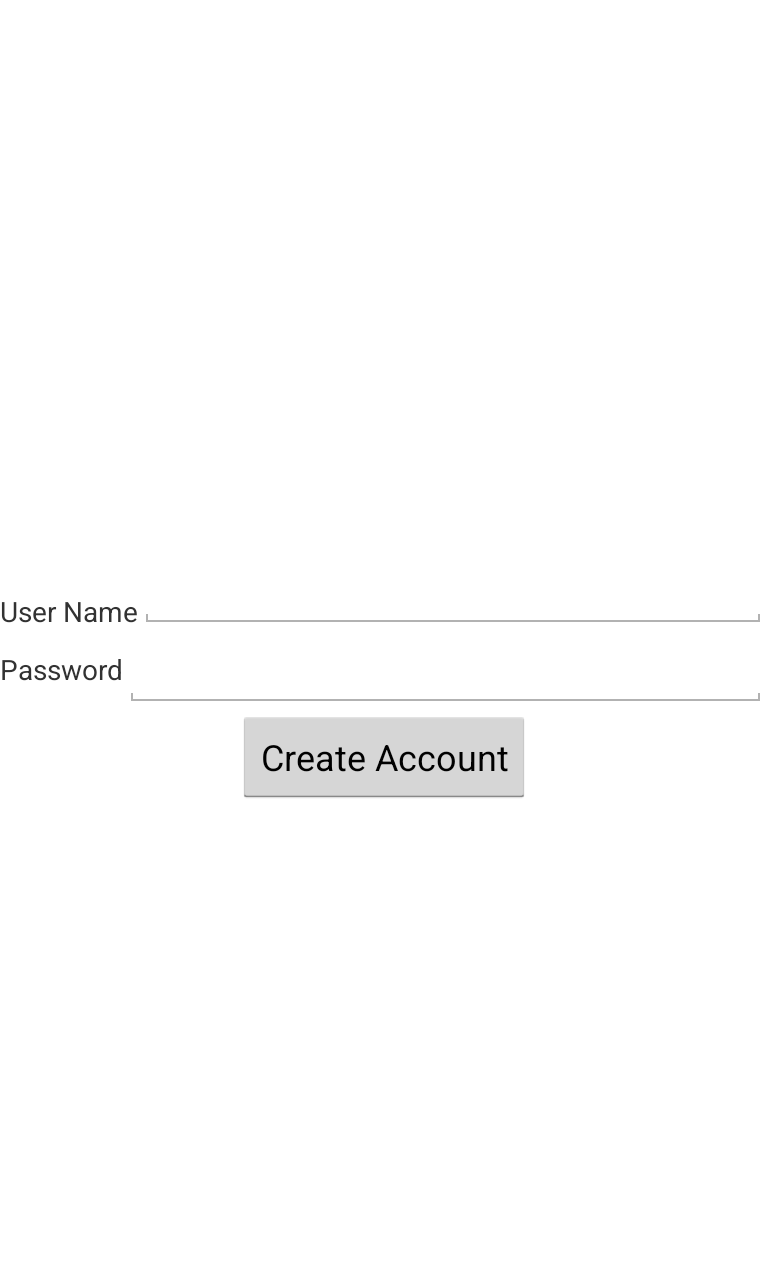
Repository: SaifJamilKhan/Meetup
Layout: MeetUp/res/layout/activity_create_account.xml
An editor plug-in stored every save of this project. The layout is shown before and after the next save, followed by the edit.
It is drawn on a 768 x 1280 px phone screen (xhdpi) without system bars, with theme AppTheme; the app's code is not run.

Above is the layout before, as saved 2014-03-05 02:56:44.

After the next save:
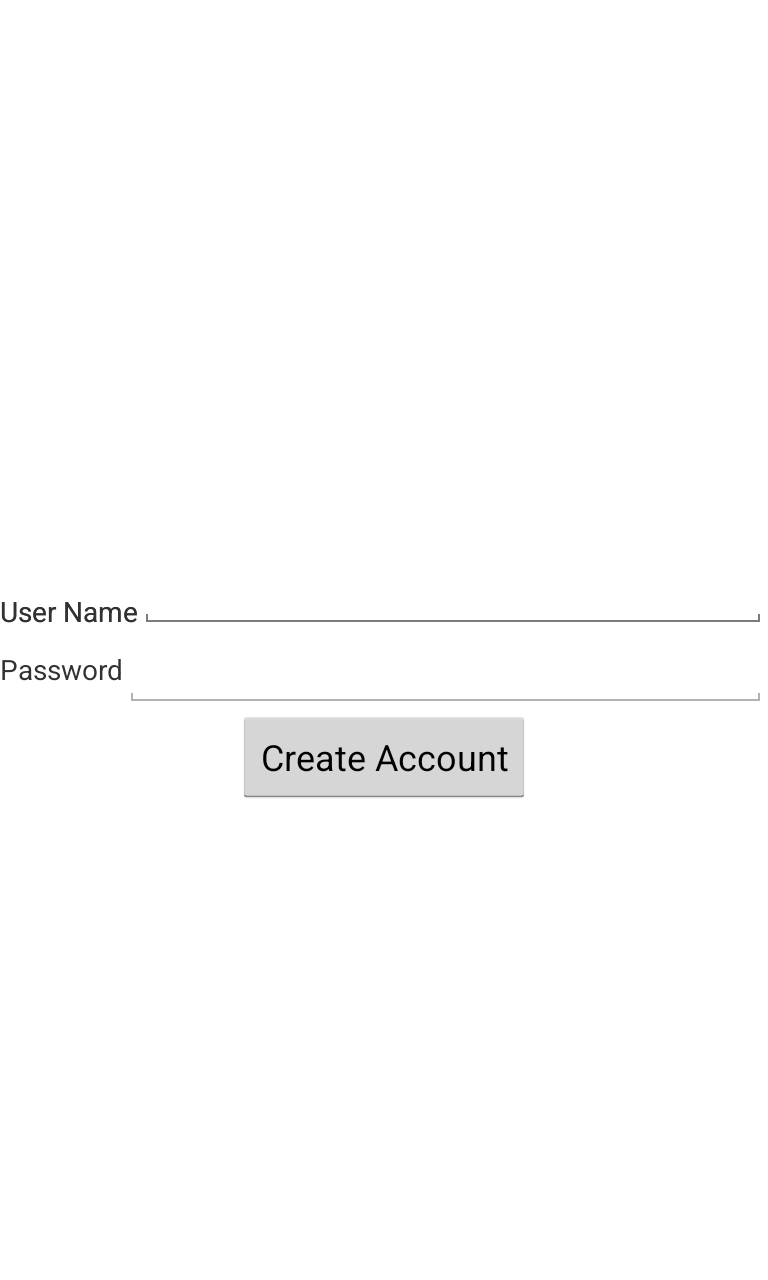
Saved 57 s later.
--- a/MeetUp/res/layout/activity_create_account.xml
+++ b/MeetUp/res/layout/activity_create_account.xml
@@ -28,6 +28,21 @@
         android:layout_above="@id/center_divider" />
 
     <TextView
+        android:id="@+id/create_account_email_label"
+        android:layout_width="wrap_content"
+        android:layout_height="wrap_content"
+        android:layout_alignParentLeft="true"
+        android:text="@string/user_name_label"
+        android:layout_above="@id/center_divider" />
+
+    <EditText
+        android:id="@+id/create_account_email_text"
+        android:layout_width="match_parent"
+        android:layout_height="wrap_content"
+        android:inputType="text"
+        android:layout_toRightOf="@id/create_account_username_label"
+        android:layout_above="@id/center_divider" />
+    <TextView
         android:id="@+id/create_account_password_label"
         android:layout_width="wrap_content"
         android:layout_height="wrap_content"
